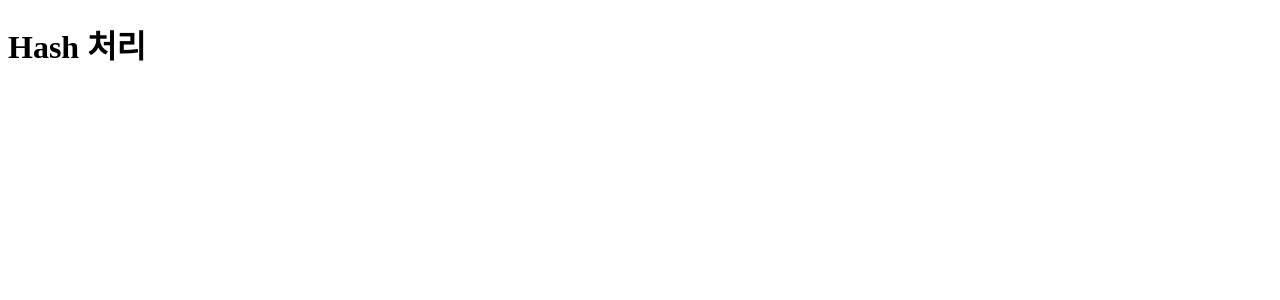
Repository: ChimmyWorld/JSP
Page: http://localhost/Day50/ex03.jsp
The author's editor kept a copy of each file at every save. The page is drawn from the files as they stood at one save, then again after the next save.
The browser window is 1280 px wide. The pictures show the whole page.
The page is served by Tomcat 9.

Above is the page before, as saved 2023-09-21 06:09:00.

After the next save:
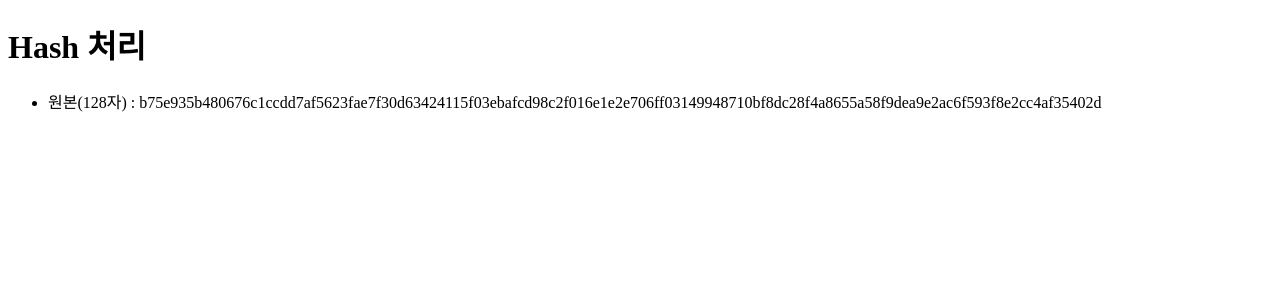
Saved 97 s later.
--- a/Day50/WebContent/ex03.jsp
+++ b/Day50/WebContent/ex03.jsp
@@ -24,5 +24,9 @@
 	%>
 
 	<h1>Hash 처리</h1>
+
+	<ul>
+		<li>원본(128자) : <%=hash %></li>
+	</ul>
 </body>
 </html>
